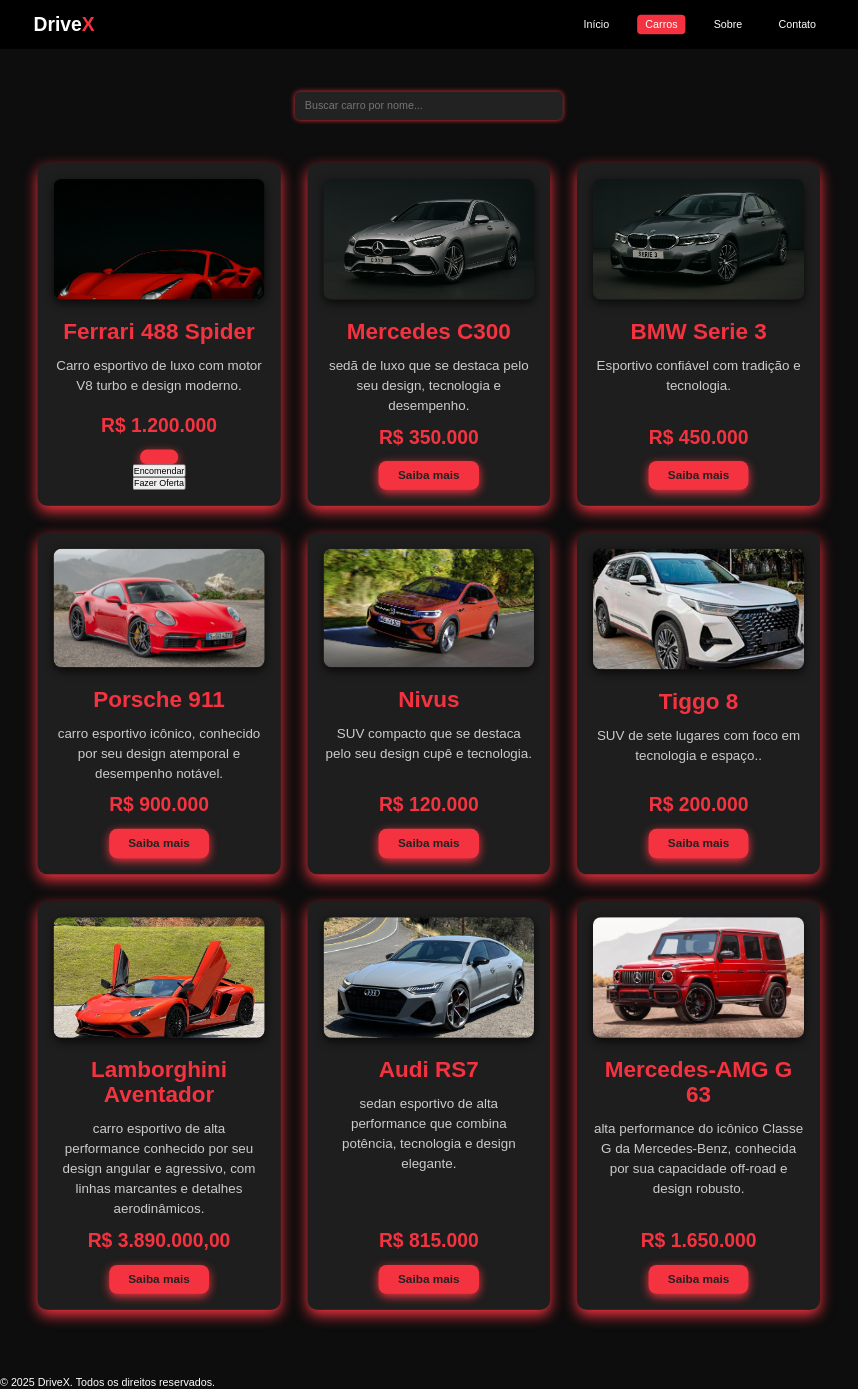
Repository: Mateushlp/DriveX
Page: carros.html
The author's editor kept a copy of each file at every save. The page is drawn from the files as they stood at one save, then again after the next save.
The browser window is 1280 px wide. The pictures show the whole page, at 67% of full size.

Above is the page before, as saved 2025-06-24 22:13:19.

### carros.html
<!DOCTYPE html>
<html lang="pt-br">
<head>
  <meta charset="UTF-8" />
  <meta name="viewport" content="width=device-width, initial-scale=1.0" />
  <title>DriveX - Carros Disponíveis</title>
  <link rel="stylesheet" href="carros.css" />
</head>
<body>
  <header>
    <div class="logo">
     <a href="./index.html">Drive<span>X</span></div></a>
    <nav>
      <ul>
        <li><a href="index.html">Início</a></li>
        <li><a href="carros.html" class="active">Carros</a></li>
        <li><a href="sobre.html">Sobre</a></li>
        <li><a href="contato.html">Contato</a></li>
      </ul>
    </nav>
  </header>

  <main>
    <section class="filtro" style="text-align:center; margin: 2rem 0;">
      <input type="text" id="filtro-carros" placeholder="Buscar carro por nome..." />
    </section>

    <section class="grid-carro">
      <div class="card-carro">
        <img src="./img/ferrari.png" alt="Ferrari 488 Spider" />
        <h3>Ferrari 488 Spider</h3>
        <p>Carro esportivo de luxo com motor V8 turbo e design moderno.</p>
        <strong>R$ 1.200.000</strong>
        <button class="btn-detalhes"
        <div class="botoes-card">
  <button class="btn-encomenda" data-modelo="NOME_DO_CARRO">Encomendar</button>
  <button class="btn-oferta" data-modelo="NOME_DO_CARRO">Fazer Oferta</button>
</div>
      </div>
      <div class="card-carro">
        <img src="./img/ChatGPT Image 19 de jun. de 2025, 23_14_08.png" alt="Mercedes C300" />
        <h3>Mercedes C300</h3>
        <p>sedã de luxo que se destaca pelo seu design, tecnologia e desempenho.</p>
        <strong>R$ 350.000</strong>
        <button class="btn-detalhes" data-modelo="Mercedes C300">Saiba mais</button>
      </div>
      <div class="card-carro">
        <img src="./img/serie 3.png" alt="BMW Serie 3" />
        <h3>BMW Serie 3</h3>
        <p>Esportivo confiável com tradição e tecnologia.</p>
        <strong>R$ 450.000</strong>
        <button class="btn-detalhes" data-modelo="BMW Serie 3">Saiba mais</button>
      </div>
           <div class="card-carro">
        <img src="./img/Porsche-911.jpg" alt="911" />
        <h3>Porsche 911</h3>
        <p> carro esportivo icônico, conhecido por seu design atemporal e desempenho notável.</p>
        <strong>R$ 900.000</strong>
        <button class="btn-detalhes" data-modelo="911 ">Saiba mais</button>
      </div>
              <div class="card-carro">
        <img src="./img/nivus.jpg" alt="nivus" />
        <h3>Nivus</h3>
        <p> SUV compacto que se destaca pelo seu design cupê e tecnologia.</p>
        <strong>R$ 120.000</strong>
        <button class="btn-detalhes" data-modelo="nivus">Saiba mais</button>
      </div>
             <div class="card-carro">
        <img src="./img/tiggo8pro.jpg" alt="tiggo8" />
        <h3>Tiggo 8</h3>
        <p> SUV de sete lugares com foco em tecnologia e espaço..</p>
        <strong>R$ 200.000</strong>
        <button class="btn-detalhes" data-modelo="tiggo8">Saiba mais</button>
      </div>
                <div class="card-carro">
        <img src="./img/lamborghini.png" alt="aventador" />
        <h3>Lamborghini Aventador</h3>
        <p>carro esportivo de alta performance conhecido por seu design angular e agressivo, com linhas marcantes e detalhes aerodinâmicos.</p>
        <strong>R$ 3.890.000,00</strong>
        <button class="btn-detalhes" data-modelo="aventador">Saiba mais</button>
      </div>
                  <div class="card-carro">
        <img src="./img/audirs7.png" alt="audirs7" />
        <h3>Audi RS7</h3>
        <p> sedan esportivo de alta performance que combina potência, tecnologia e design elegante.</p>
        <strong>R$ 815.000</strong>
        <button class="btn-detalhes" data-modelo="audirs7">Saiba mais</button>
      </div>
                   <div class="card-carro">
        <img src="./img/g63.png" alt="g63" />
        <h3>Mercedes-AMG G 63</h3>
        <p> alta performance do icônico Classe G da Mercedes-Benz, conhecida por sua capacidade off-road e design robusto.</p>
        <strong>R$ 1.650.000</strong>
        <button class="btn-detalhes" data-modelo="g63">Saiba mais</button>
      </div>
      <!-- Adicione mais carros aqui -->
    </section>

    <!-- Modal para detalhes -->
    <div id="modal-detalhes" class="modal">
      <div class="modal-content">
        <span id="fechar-modal" class="fechar"></span>
        <h2 id="titulo-modal"></h2>
        <img id="img-modal" src="" alt="" style="max-width:100%; border-radius: 10px; margin-bottom: 1rem;" />
        <p id="descricao-modal"></p>
        <strong id="preco-modal"></strong>
      </div>
    </div>
  </main>

  <footer>
    <p>&copy; 2025 DriveX. Todos os direitos reservados.</p>
  </footer>

  <script src="carros.js"></script>
</body>
</html>

### carros.css
* {
  margin: 0;
  padding: 0;
  box-sizing: border-box;
}

body {
  font-family: 'Arial', sans-serif;
  background-color: #0d0d0d;
  color: #fff;
  min-height: 100vh;
  flex-direction: column;
}

header {
  display: flex;
  justify-content: space-between;
  align-items: center;
  padding: 20px 50px;
  background-color: #000;
}

a{
  text-decoration: none;
  color: #fff;
}

.logo {
  font-size: 1.8rem;
  font-weight: bold;
}

.logo span {
  color: #f53340;
}

nav ul {
  list-style: none;
  display: flex;
  gap: 30px;
}

nav a {
  color: #fff;
  text-decoration: none;
  font-size: 1rem;
}


.logo {
  font-size: 1.8rem;
  font-weight: bold;
  color: #fff;
}

.logo span {
  color: #f53340;
}

nav ul {
  list-style: none;
  display: flex;
  gap: 30px;
}

nav a {
  color: #fff;
  text-decoration: none;
  font-size: 1rem;
  padding: 6px 12px;
  border-radius: 6px;
  transition: background-color 0.3s ease;
}

nav a:hover,
nav a.active {
  background-color: #f53340;
  color: #fff;
}

main {
  display: grid;
  grid-template-columns: 2fr;
    padding: 2rem;
    gap: 2rem;
  padding: 2rem 1rem 3rem;
  max-width: 1200px;
  margin: 0 auto;
}


.filtro {
  text-align: center;
  margin-bottom: 3rem;
}

.filtro input[type="text"] {
  width: 90%;
  max-width: 400px;
  padding: 12px 15px;
  font-size: 1rem;
  border-radius: 8px;
  border: none;
  outline: none;
  box-shadow: 0 0 8px #f53340;
  background-color: #222;
  color: #fff;
  transition: box-shadow 0.3s ease;
}

.filtro input[type="text"]:focus {
  box-shadow: 0 0 15px #f53340;
}

.grid-carro {
  display: grid;
  grid-template-columns: repeat(auto-fill, minmax(320px, 1fr));
  gap: 2.5rem;
}

.card-carro {
  background: #1e1e1e;
  padding: 1.5rem;
  border-radius: 15px;
  box-shadow: 0 8px 20px #f53340;
  transition: transform 0.3s ease, box-shadow 0.3s ease;
  display: flex;
  flex-direction: column;
  align-items: center;
  height: 100%;
}

.card-carro:hover {
  transform: translateY(-8px);
  box-shadow: 0 12px 35px #f53340;
}

.card-carro img {
  width: 100%;
  max-height: 180px;
  object-fit: cover;
  border-radius: 12px;
  margin-bottom: 1.2rem;
  box-shadow: 0 5px 15px rgba(0,0,0,0.7);
}

.card-carro h3 {
  font-size: 2.1rem;
  color: #f53340;
  margin-top: 0.6rem;
  text-align: center;
}

.card-carro p {
  font-size: 1.25rem;
  line-height: 1.5;
  color: #ccc;
  margin-top: 1rem;
  flex-grow: 1;
  text-align: center;
}

.card-carro strong {
  font-size: 1.8rem;
  color: #f53340;
  margin: 1rem 0 1.2rem 0;
  font-weight: 900;
}


.btn-detalhes {
  background-color: #f53340;
  color: #222;
  border: none;
  padding: 0.7rem 1.8rem;
  border-radius: 12px;
  cursor: pointer;
  font-weight: 700;
  font-size: 1.1rem;
  transition: background-color 0.3s ease;
  box-shadow: 0 4px 15px #f53340;

.btn-detalhes:hover {
  background-color: #f53340;
  box-shadow: 0 6px 22px #f53340;
}


.modal {
  display: none;
  position: fixed;
  z-index: 9999;
  left: 0;
  top: 0;
  width: 100%;
  height: 100%;
  background-color: rgba(18, 18, 18, 0.85);
  justify-content: center;
  align-items: center;
  overflow-y: auto;
  padding: 2rem 1rem;
}

.modal.show {
  display: flex;
}

.modal-content {
  background: #2a2a2a;
  padding: 2.5rem;
  border-radius: 20px;
  max-width: 600px;
  text-align: center;
  box-shadow: 0 10px 40px #f53340;
  color: #fff;
  position: relative;
}

.fechar {
  position: absolute;
  top: 20px;
  right: 25px;
  font-size: 2.6rem;
  cursor: pointer;
  color: #f53340;
  transition: color 0.3s ease;
}

.fechar:hover {
  color: #f53340;
}

/* Footer */
footer {
  background-color: #000;
  text-align: center;
  padding: 15px 0;
  color: #777;
  font-size: 0.9rem;
  margin-top: auto;
}
}

### carros.js
// Filtro de busca
const inputFiltro = document.getElementById('filtro-carros');
const cards = document.querySelectorAll('.card-carro');

inputFiltro.addEventListener('input', function () {
  const termo = this.value.toLowerCase();

  cards.forEach((card) => {
    const nomeCarro = card.querySelector('h3').textContent.toLowerCase();
    if (nomeCarro.includes(termo)) {
      card.style.display = 'block';
    } else {
      card.style.display = 'none';
    }
  });
});

// Modal de detalhes
const botoesDetalhes = document.querySelectorAll('.btn-detalhes');
const modal = document.getElementById('modal-detalhes');
const tituloModal = document.getElementById('titulo-modal');
const imgModal = document.getElementById('img-modal');
const descricaoModal = document.getElementById('descricao-modal');
const precoModal = document.getElementById('preco-modal');
const fecharModal = document.getElementById('fechar-modal');

botoesDetalhes.forEach((btn) => {
  btn.addEventListener('click', () => {
    const card = btn.closest('.card-carro');
    const nome = card.querySelector('h3').textContent;
    const imagem = card.querySelector('img').src;
    const descricao = card.querySelector('p').textContent;
    const preco = card.querySelector('strong').textContent;

    tituloModal.textContent = nome;
    imgModal.src = imagem;
    imgModal.alt = nome;
    descricaoModal.textContent = descricao;
    precoModal.textContent = preco;

    modal.style.display = 'flex';
  });
});

fecharModal.addEventListener('click', () => {
  modal.style.display = 'none';
});

window.addEventListener('click', (event) => {
  if (event.target === modal) {
    modal.style.display = 'none';
  }
});

After the next save:
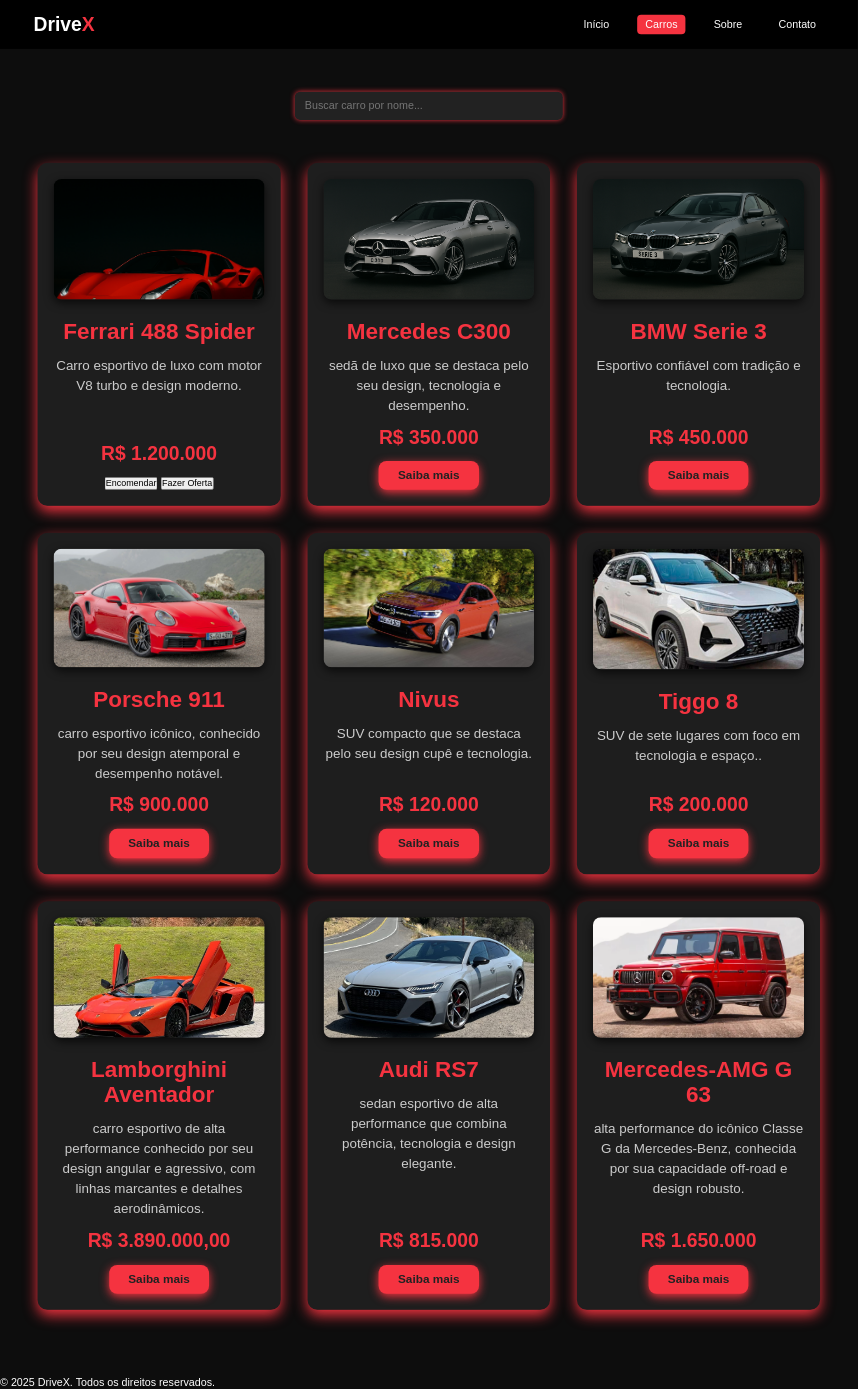
Saved 4 s later.
--- a/carros.html
+++ b/carros.html
@@ -31,7 +31,6 @@
         <h3>Ferrari 488 Spider</h3>
         <p>Carro esportivo de luxo com motor V8 turbo e design moderno.</p>
         <strong>R$ 1.200.000</strong>
-        <button class="btn-detalhes"
         <div class="botoes-card">
   <button class="btn-encomenda" data-modelo="NOME_DO_CARRO">Encomendar</button>
   <button class="btn-oferta" data-modelo="NOME_DO_CARRO">Fazer Oferta</button>
